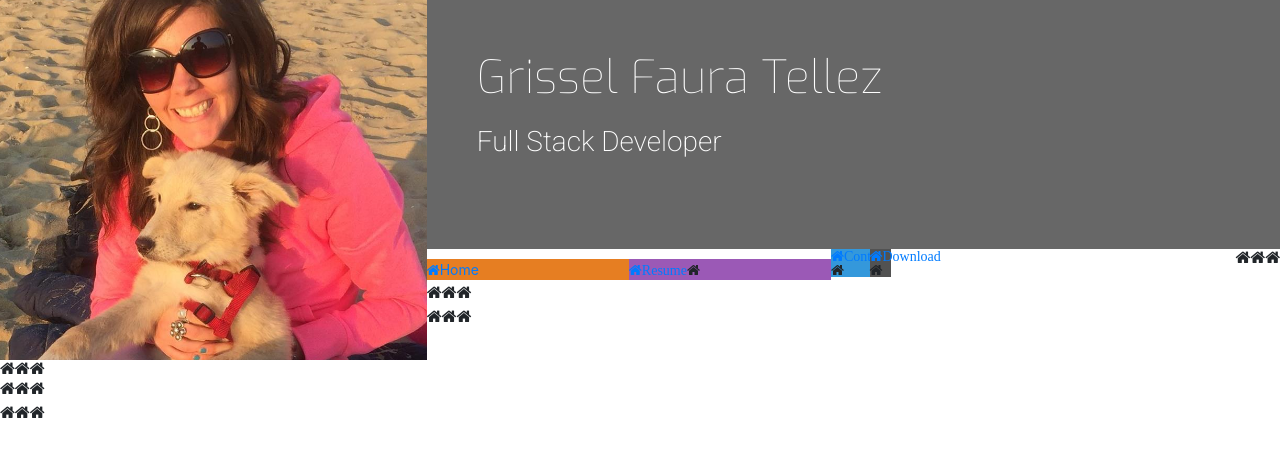
Repository: grisselfaura/Resume-Project-Introduction
Page: index.html
The author's editor kept a record of every edit. The page is drawn from the files as they stood at one moment, then again after the next edit.
The browser window is 1280 px wide. The pictures show the whole page.

Above is the page before.

### index.html
<!DOCTYPE html>
<html lang="en">
<head>
    <meta charset="UTF-8">
    <meta name="viewport" content="width=device-width, initial-scale=1.0">
    <meta http-equiv="X-UA-Compatible" content="ie=edge">
    <link rel="stylesheet" href="https://stackpath.bootstrapcdn.com/bootstrap/4.3.1/css/bootstrap.min.css" type="text/css" />
    <link rel="stylesheet" href="https://stackpath.bootstrapcdn.com/font-awesome/4.7.0/css/font-awesome.min.css" type="text/css" />
    <link rel="stylesheet" href="assets/CSS/style.css" type="text/css" />
    <title>Grissel</title>
</head>
<body>
    <header>
       <div class="row no-gutters">
           <a class="col-md-4 logo" href="index.html"></a>
           <div class="col-md-8">
               <div class="row no-gutters bg-color-name-title">
                   <div class="col heading">
                       <h1 class="name">Grissel Faura Tellez</h1>
                       <h2 class="title">Full Stack Developer</h2>
                    </div>
               </div>
               <div class="row no-gutters">
                   <div class="col">
                       <ul id="nav" class="list-inline menucontainer">
                           <li class="col-6 col-sm-3 ui-menu-color-home list-inline-item">
                               <a href="#"><i class="fa fa-home" aria-hidden="true"></i><span>Home</span></a>
                           </li>
                           <li class="col-6 col-sm-3 ui-menu-color-resume list-inline-item">
                               <a href="#"><i class="fa fa-home" aria-hidden="true"></i<span>Resume</span></a>
                           </li>
                           <li class="col-6 col-sm-3 ui-menu-color-contact list-inline-item">
                               <a href="#"><i class="fa fa-home" aria-hidden="true"></i<span>Contact</span></a>
                           </li>
                           <li class="col-6 col-sm-3 ui-menu-color-download list-inline-item">
                               <a href="#"><i class="fa fa-home" aria-hidden="true"></i<span>Download</span></a>
                           </li>
                       </ul>
                   </div>
               </div>
           </div>
       </div>
    </header>
    <section>

    </section>
    <footer>

    </footer>
</body>
</html>

### assets/CSS/style.css
@import url('https://fonts.googleapis.com/css?family=Roboto:100,200,300,400,500,600,700|Exo:100,200,300,400,500,600,700');

/*---------------------------------Colours*/

.bg-color-name-title {
    background-color: #676767;
}

.ui-menu-color-home {
     background-color: #e67e22;
}

.ui-menu-color-resume {
     background-color: #9b59b6;
}

.ui-menu-color-contact {
     background-color: #3498db;
}

.ui-menu-color-download {
     background-color: #525252;
}

/*---------------------------------Heading*/
header {
    margin: 0;
}

.heading {
    margin-left: 50px;
}

.logo {
    background: url("../images/gri.jpg");
    background-position: center;
    background-repeat: no-repeat;
    background-size: cover;
    min-height: 360px;
    transition: all .5s ease-in-out;
    -moz-transition: all .5s ease-in-out;
    -webkit-transition: all .5s ease-in-out;
}

.name {
    font-family: "Exo", sans-serif;
    font-weight: 100;
    font-size: 46px;
    margin-top: 50px;
    color: #ffffff;
}

.title {
    font-family: "Roboto", sans-serif;
    font-weight: 200;
    font-size: 28px;
    margin-top: 20px;
    margin-bottom: 90px;
    color: #ffffff;
}
.list-inline-item:not(:last-child) {
    margin-right: 0;
}
.menucontainer {
    font-size: 0;
}

#nav {
    margin: 0
}

#nav li {
    font-size: 14px;
    padding: 0;
}

.menuitem {
    height: 120px;
    text-align: center;
    padding: 0;
}

.menuitem a {
    width: 100%;
    text-decoration: none;
    color: #fff;
    height: 120px;
}

.menuitem a i {
    padding-top: 22px;
    display: block;
    color: #fafafa;
    font-size: 26px;
}

.menuitem span {
    display: block;
    width: 100%;
    padding-top: 5px;
    text-align: center;
    text-transform: uppercase;
    font-size: 14px;
    font-weight: 300;
    letter-spacing: 2px;
}

/*---------------------------------Hover.css*/
.hvr-sweep-to-bottom:before {
    background: rgba(0,0,0,0.2);
    height: 120px;
}

After the next edit:
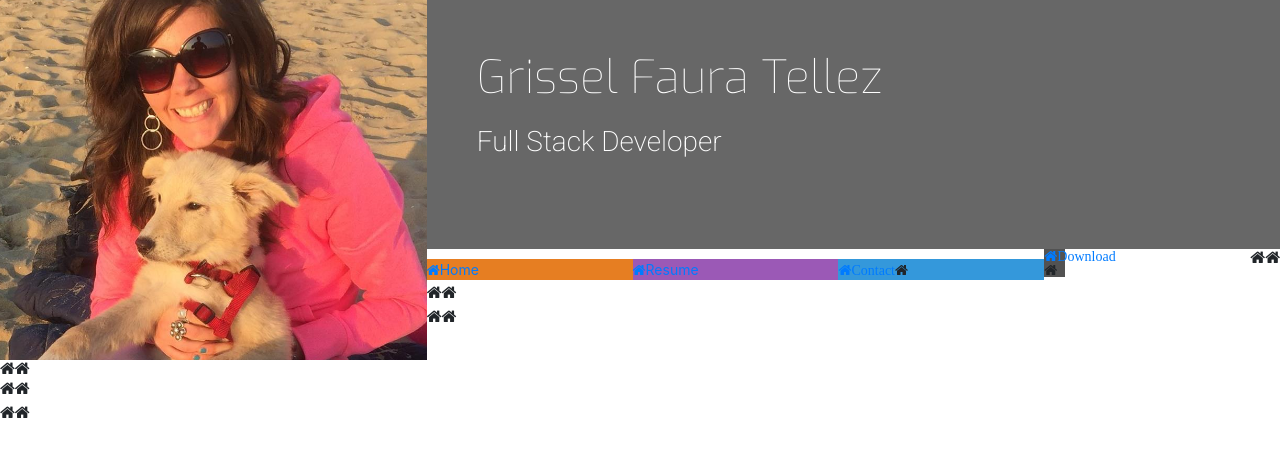
The edit:
--- a/index.html
+++ b/index.html
@@ -27,7 +27,7 @@
                                <a href="#"><i class="fa fa-home" aria-hidden="true"></i><span>Home</span></a>
                            </li>
                            <li class="col-6 col-sm-3 ui-menu-color-resume list-inline-item">
-                               <a href="#"><i class="fa fa-home" aria-hidden="true"></i<span>Resume</span></a>
+                               <a href="#"><i class="fa fa-home" aria-hidden="true"></i><span>Resume</span></a>
                            </li>
                            <li class="col-6 col-sm-3 ui-menu-color-contact list-inline-item">
                                <a href="#"><i class="fa fa-home" aria-hidden="true"></i<span>Contact</span></a>
